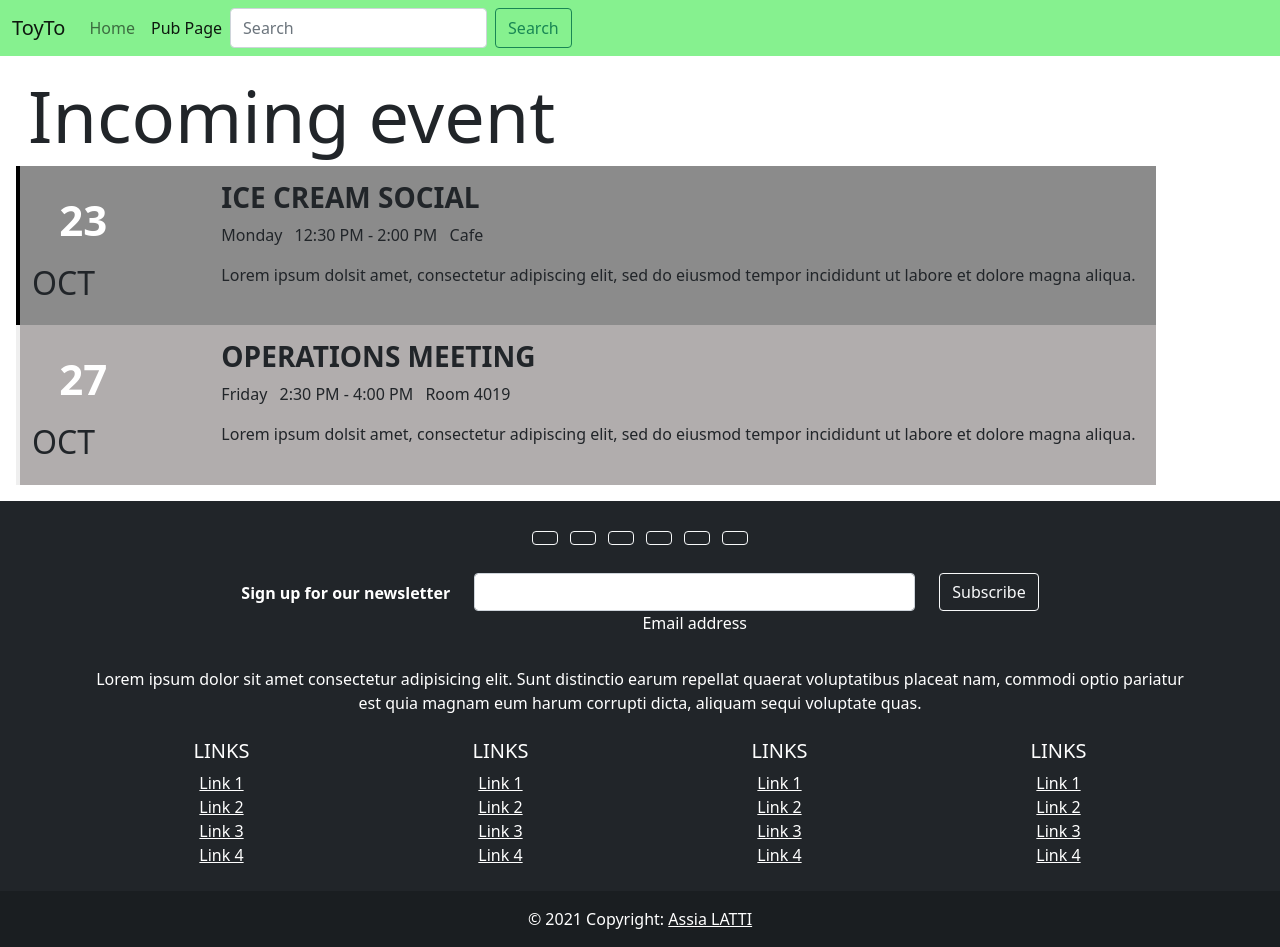
Repository: Omistusama/association
Page: pubpage.html
These files come from the project's save history. The page is drawn as it stood at one moment and after the next save; the edit follows.
The browser window is 1280 px wide. The pictures show the whole page.
Some web libraries are served in a nearby version.

Above is the page before, as saved 2021-02-26 19:18:57.

After the next save:
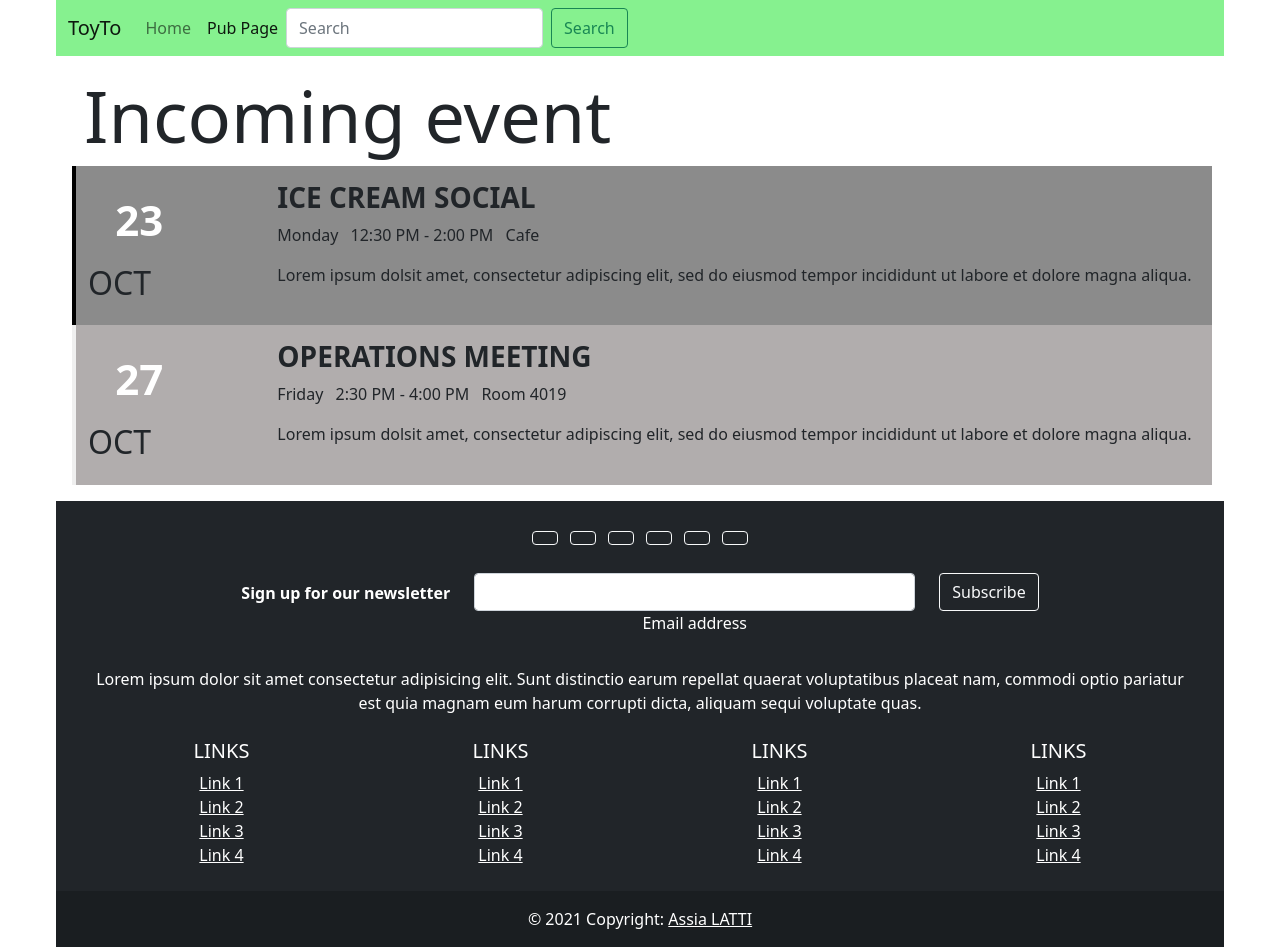
Saved 6 min 7 s later.
--- a/pubpagestyles.css
+++ b/pubpagestyles.css
@@ -1,3 +1,11 @@
+@media screen and (min-width:1200px){
+  body{
+    margin: 0px auto;
+    padding:16px auto;
+    max-width:1168px; /* 1200 - 16*2 */
+  }
+}
+
 .row-striped:nth-of-type(odd){
     background-color: #8b8b8b;
     border-left: 4px #000000 solid;
